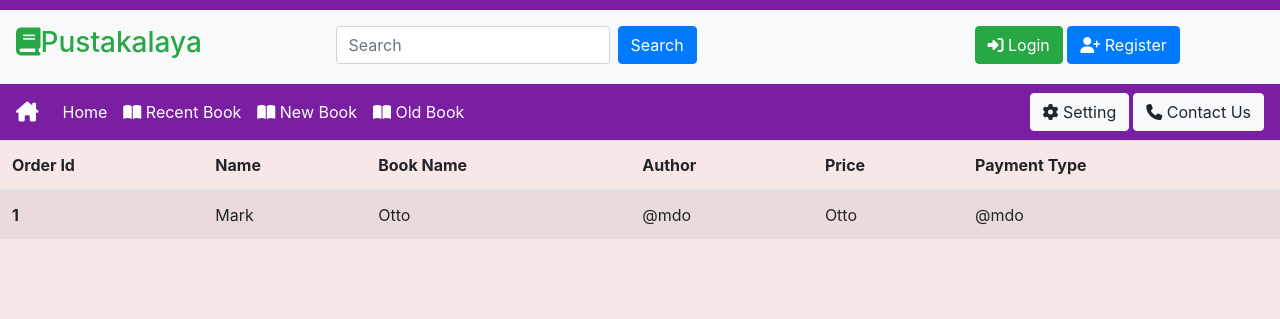
Repository: kalaprabhakar/Pustakalay_Web_Application
Page: http://localhost/E_Book_Management/order.jsp
The author's editor kept a copy of each file at every save. The page is drawn from the files as they stood at one save, then again after the next save.
The browser window is 1280 px wide. The pictures show the whole page.
Some web libraries are served in a nearby version. The page is served by Tomcat 10.

Above is the page before, as saved 2024-02-28 15:05:53.

After the next save:
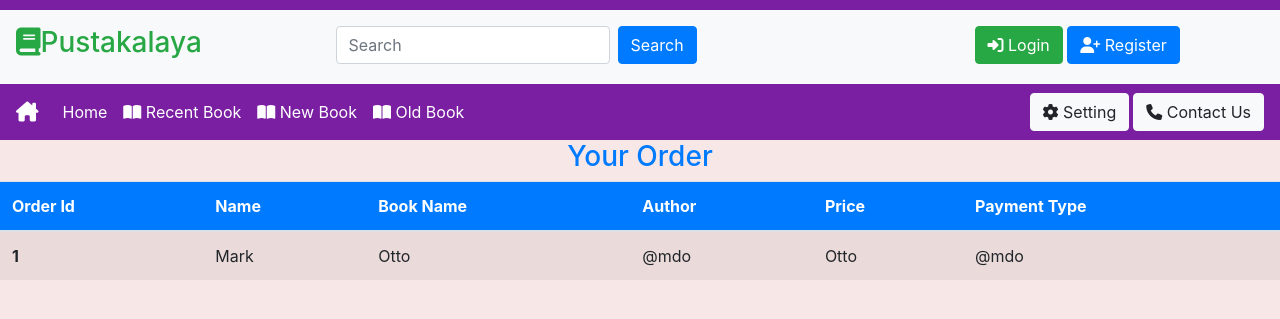
Saved 2 min 27 s later.
--- a/E_Book_Management/src/main/webapp/order.jsp
+++ b/E_Book_Management/src/main/webapp/order.jsp
@@ -9,8 +9,11 @@
 </head>
 <body style="background-color: #f7e7e6">
 	<%@ include file="all_component/navbar.jsp"%>
+	<div class="container">
+	<h3 class="text-center text-primary">Your Order</h3>
+	</div>
 	<table class="table table-striped">
-  <thead>
+  <thead class="bg-primary text-white">
     <tr>
       <th scope="col">Order Id</th>
       <th scope="col">Name</th>
